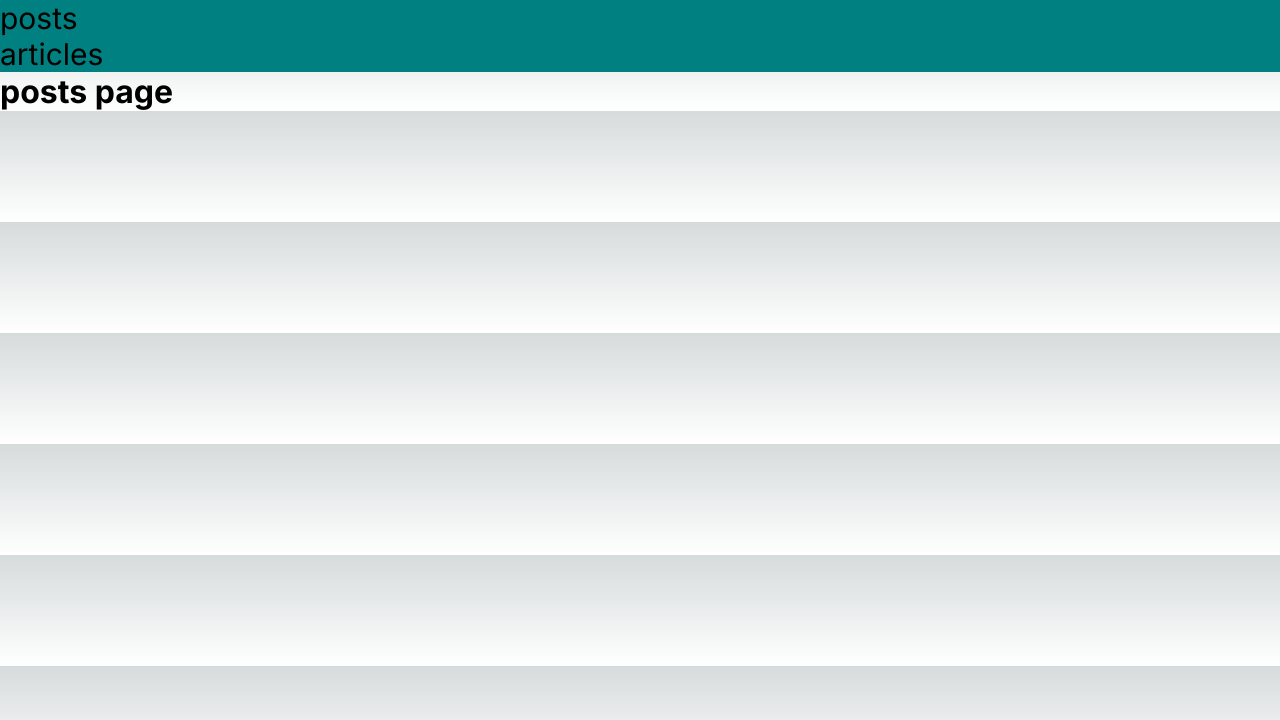
Repository: abdulrahmanmahmood/The-first-Next-js-app
Page: /posts
An editor plug-in stored every save of this project. The page is shown before and after the next save, followed by the edit.
The browser window is 1280 px wide. The pictures show the whole page.
The project was rebuilt for these pictures with package versions that can differ from the ones it lists, and the page was loaded fresh each time. The framework's server and built-in components were replaced by stand-ins that run in the browser. Also part of the build but not shown: next.config.js.

Above is the page before, as saved 2023-10-29 23:19:20.

After the next save:
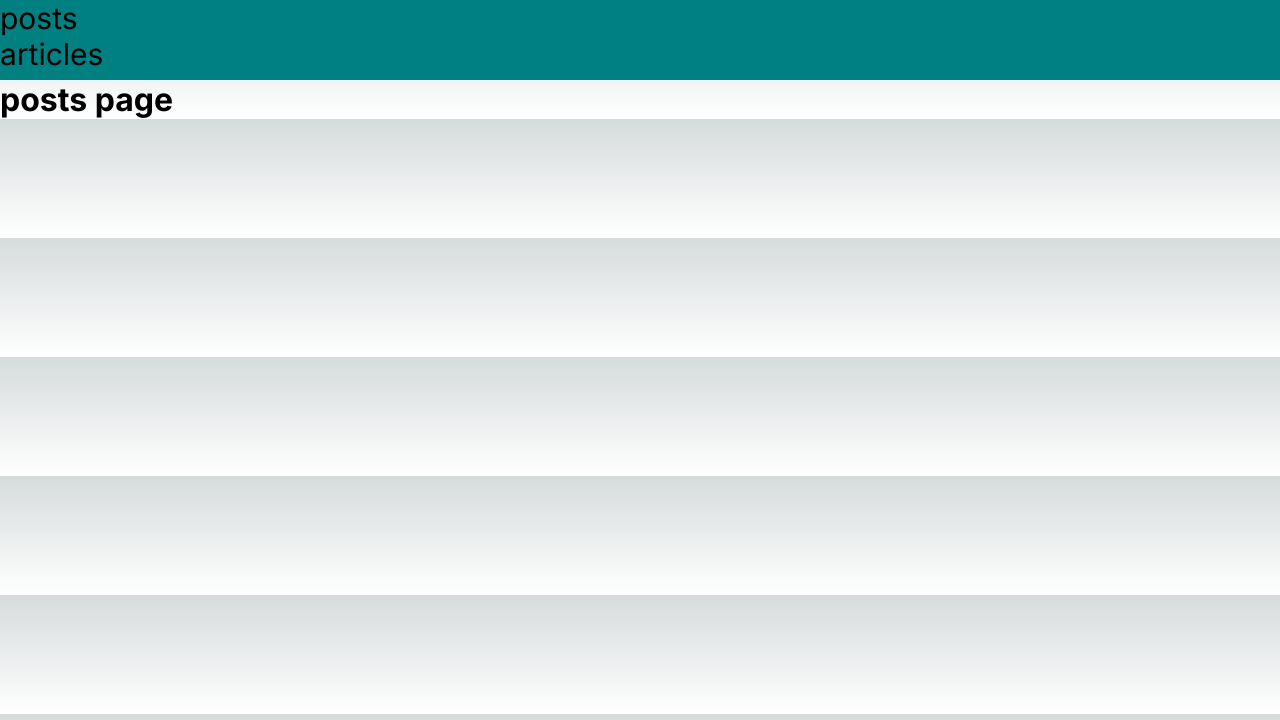
Saved 10 s later.
--- a/app/layout.js
+++ b/app/layout.js
@@ -13,7 +13,7 @@ export default function RootLayout({ children }) {
   return (
     <html lang="en">
       <body className={inter.className}>
-        <nav style={{width:"100%", background:"teal", fontSize:"30px", height:""}}>
+        <nav style={{width:"100%", background:"teal", fontSize:"30px", height:"80px"}}>
           <ul>
             <li><Link href="/posts">
             posts
